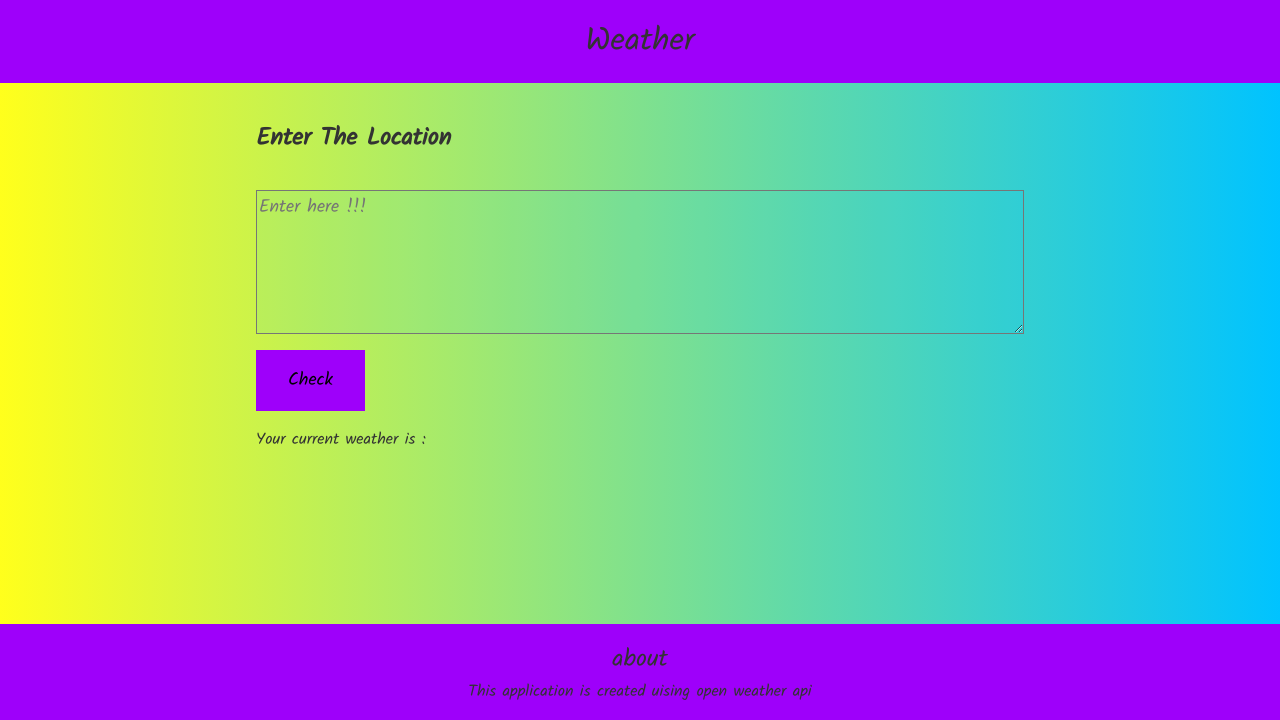
Repository: Irfan-vit/openapi
Page: index.html
An editor plug-in stored every save of this project. The page is shown before and after the next save, followed by the edit.
The browser window is 1280 px wide. The pictures show the whole page.

Above is the page before, as saved 2021-05-27 23:33:54.

### index.html
<!DOCTYPE html>
<html lang="en">

<head>
    <meta charset="UTF-8">
    <meta http-equiv="X-UA-Compatible" content="IE=edge">
    <meta name="viewport" content="width=device-width, initial-scale=1.0">
    <title>Api</title>
    <link rel="stylesheet" href="style.css">
</head>

<body>

    <nav>
        <div style="font-size: 2rem; padding: 1rem;">
            Weather
        </div>

    </nav>

    <main>

        <h2>Enter The Location</h2>

        <textarea name="" id="txt-input" class="t-area" placeholder="Enter here !!!"></textarea>

        <button id="btn-translate">
            Check
        </button>

        <div>Your current weather is :</div>

        <div id="output" class="t-area">

        </div>

    </main>

    <footer>
        <div style="font-size: x-large;">about</div>
        <p>This application is created uising open weather api</p>
    </footer>



    <script src="app.js" type="text/javascript"></script>
</body>

</html>

### style.css
@import url('https://fonts.googleapis.com/css2?family=Kalam&display=swap');

* {
    box-sizing: border-box;
}

:root {
    --primary: #9e00fa;
    --black: #333333;
    --width-break:800px
}

body {
    margin: 0;
    font-family: 'Kalam', cursive;
    color: #333333;
    background: #00c3ff;  /* fallback for old browsers */
background: -webkit-linear-gradient(to right, #ffff1c, #00c3ff);  /* Chrome 10-25, Safari 5.1-6 */
background: linear-gradient(to right, #ffff1c, #00c3ff); /* W3C, IE 10+/ Edge, Firefox 16+, Chrome 26+, Opera 12+, Safari 7+ */

}

nav {
    background-color: var(--primary);
    text-align: center;
}

main {
    margin: auto;
    padding: 1rem;
    max-width: var(--width-break);
}

textarea {
    box-sizing: border-box;
    display: block;
    width: 100%;
    min-height: 20vh;
    margin-top: 2rem;
    font-size: large;
    font-family: inherit;
    background-color: #00c3ff15;
}

button {
    background-color: var(--primary);
    border: none;
    margin: 1rem 0rem;
    padding: 1rem 2rem;
    font-family: 'Kalam', cursive;
    font-size: large;
}


#output {
    box-sizing: border-box;
    width: 100%;
    min-height: 10vh;
    max-height: 20vh;
    /* border: 1px solid var(--black); */
}

footer {
    position: fixed;
    bottom: 0;
    width: 100%;
    padding: 1rem;
    background-color: var(--primary);
    text-align: center;
}

footer p {
    max-width: var(--width-break);
    margin: auto;
}

### app.js
var btnTranslate = document.querySelector("#btn-translate");
var txtInput = document.querySelector("#txt-input");
var outputDiv = document.querySelector('#output')
var serverURL = "https://api.openweathermap.org/data/2.5/weather?q="
var key = "&appid=49257f6591cfc3ed8daf0b5970d519cb"

function getTranslationURL(text) {
    return serverURL + text + key
}

function errorHandler(error) {
    console.log("error occured", error)
    alert("something went wrong  :  " + error)
}

function clickHandler() {
    // outputDiv.innerText = "translated  " + txtInput.value + "  To : bababbababababababa ";

    var inputText = txtInput.value;

    fetch(getTranslationURL(inputText))
        .then(response => response.json())
        .then(json => {
            var translatedText = "Country : " + json['sys']['country'] + " | tempreature : " + json['main']['temp'] + " | weather : " +  json['weather'][0]['description'] + " | longitude : " + json['coord']['lon'] + " | latitude : " + json['coord']['lat'] + " | wind speed : " + json['wind']['speed'] + " | Wind direction, degrees : " + json['wind']['deg'];
            outputDiv.innerText = translatedText;
            })
    };


btnTranslate.addEventListener("click", clickHandler)

After the next save:
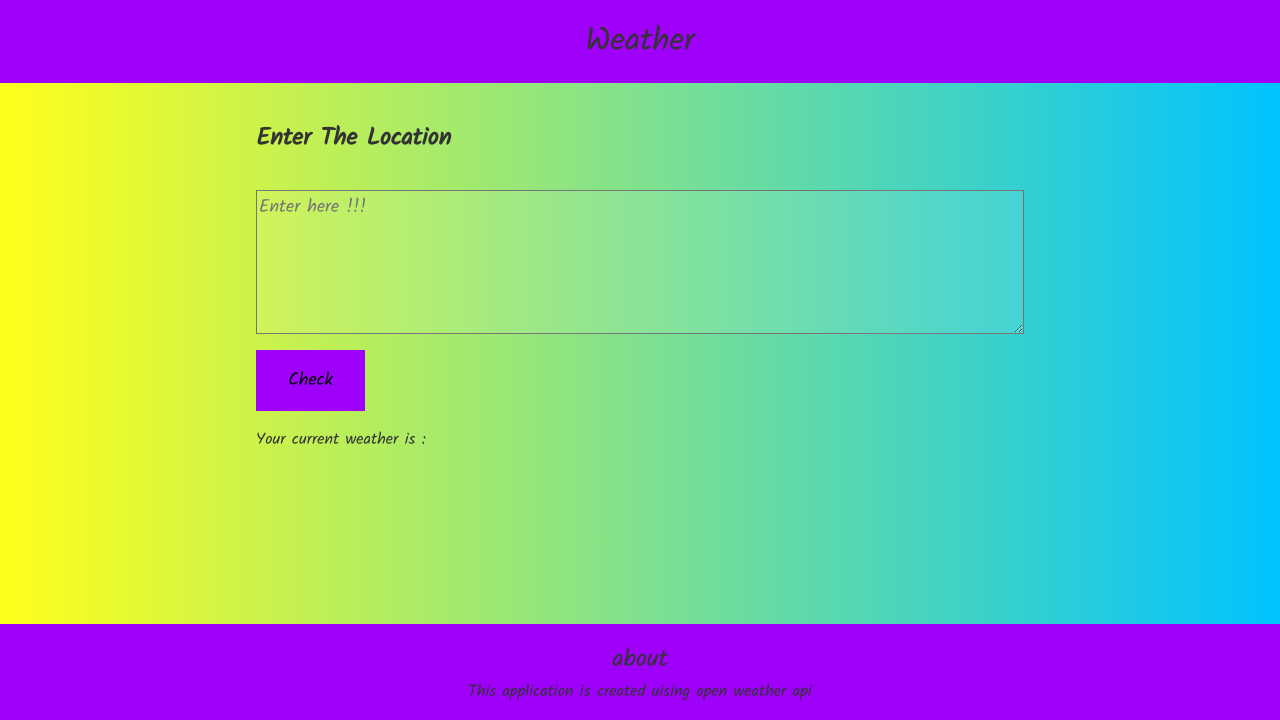
Saved 7 s later.
--- a/style.css
+++ b/style.css
@@ -39,7 +39,7 @@ textarea {
     margin-top: 2rem;
     font-size: large;
     font-family: inherit;
-    background-color: #00c3ff15;
+    background-color: #ffffff15;
 }
 
 button {
